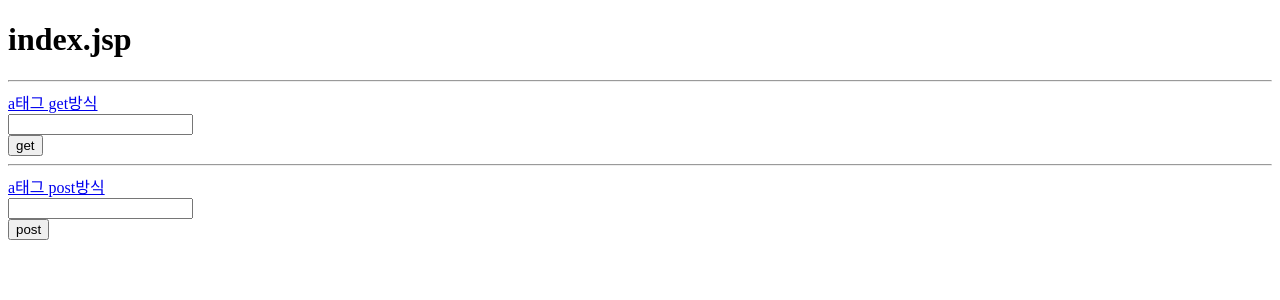
Repository: Leewonhoo/kostaweb
Page: http://localhost/Web_hello/index.jsp
An editor plug-in stored every save of this project. The page is shown before and after the next save, followed by the edit.
The browser window is 1280 px wide. The pictures show the whole page.
The page is served by Tomcat 9. Other server files are loaded and not shown.

Above is the page before, as saved 2017-09-15 02:55:28.

### Web_hello/WebContent/index.jsp
<%@ page language="java" contentType="text/html; charset=UTF-8"
    pageEncoding="UTF-8"%>
<!DOCTYPE html PUBLIC "-//W3C//DTD HTML 4.01 Transitional//EN" "http://www.w3.org/TR/html4/loose.dtd">
<html>
<head>
<meta http-equiv="Content-Type" content="text/html; charset=UTF-8">
<title>Insert title here</title>
</head>
<body>
	<h1>index.jsp</h1>
	<hr>
	<form method="get" action="http://localhost:8090/kosta/hello">
		<a href="http://localhost:8090/kosta/hello">a태그 get방식</a><br>
		<input type="text"><br>
		<input type="submit" value="get">
	</form>
	<hr>
	<form method="post" action="http://localhost:8090/kosta/hello">
		<a href="http://localhost:8090/kosta/hello">a태그 post방식</a><br>
		<input type="text"><br>
		<input type="submit" value="post">
	</form>
</body>
</html>

After the next save:
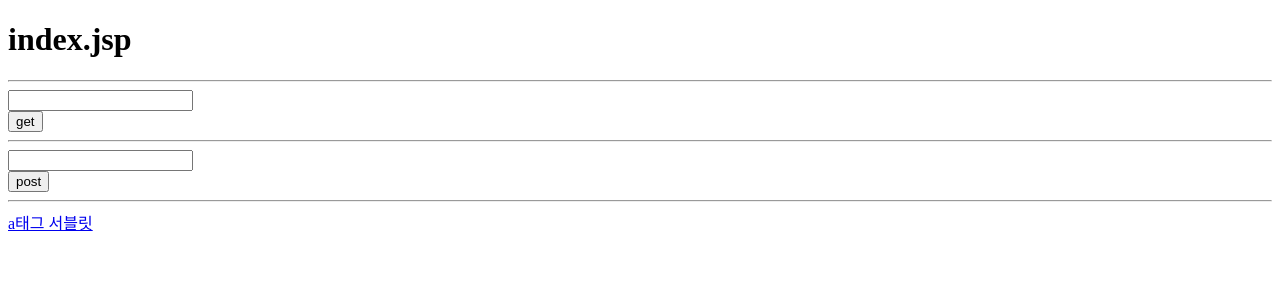
Saved 111 s later.
--- a/Web_hello/WebContent/index.jsp
+++ b/Web_hello/WebContent/index.jsp
@@ -10,15 +10,16 @@
 	<h1>index.jsp</h1>
 	<hr>
 	<form method="get" action="http://localhost:8090/kosta/hello">
-		<a href="http://localhost:8090/kosta/hello">a태그 get방식</a><br>
+
 		<input type="text"><br>
 		<input type="submit" value="get">
 	</form>
 	<hr>
 	<form method="post" action="http://localhost:8090/kosta/hello">
-		<a href="http://localhost:8090/kosta/hello">a태그 post방식</a><br>
 		<input type="text"><br>
 		<input type="submit" value="post">
 	</form>
+	<hr>
+	<a href="http://localhost:8090/kosta/hello">a태그 서블릿</a><br>
 </body>
 </html>
